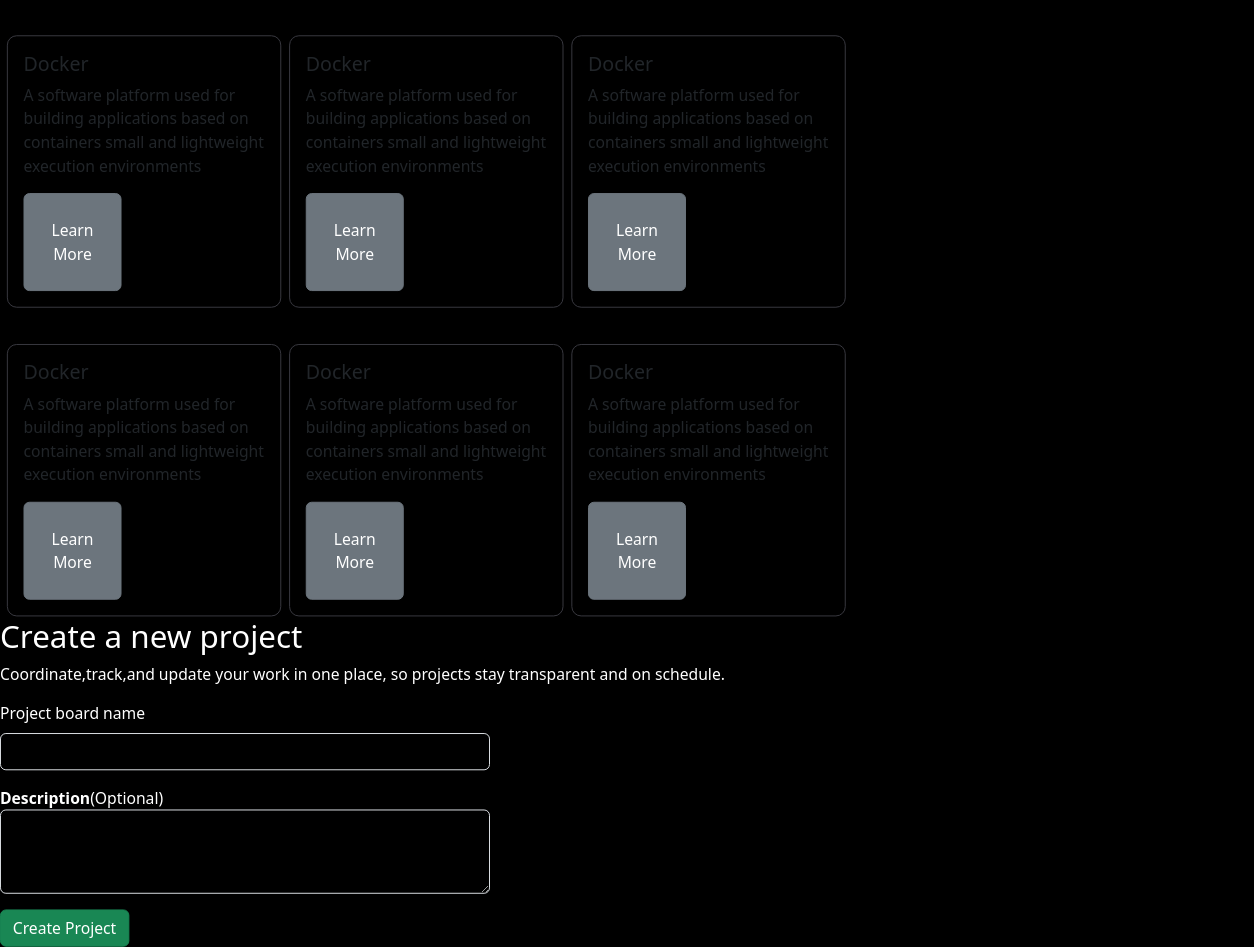
Repository: NSS-Evening-25-Cohort/e25-gitsub-control-alt-defeat
Page: index.html
The author's editor kept a copy of each file at every save. The page is drawn from the files as they stood at one save, then again after the next save.
The browser window is 1280 px wide. The pictures show the whole page, at 98% of full size.

Above is the page before, as saved 2023-11-07 19:28:17.

After the next save:
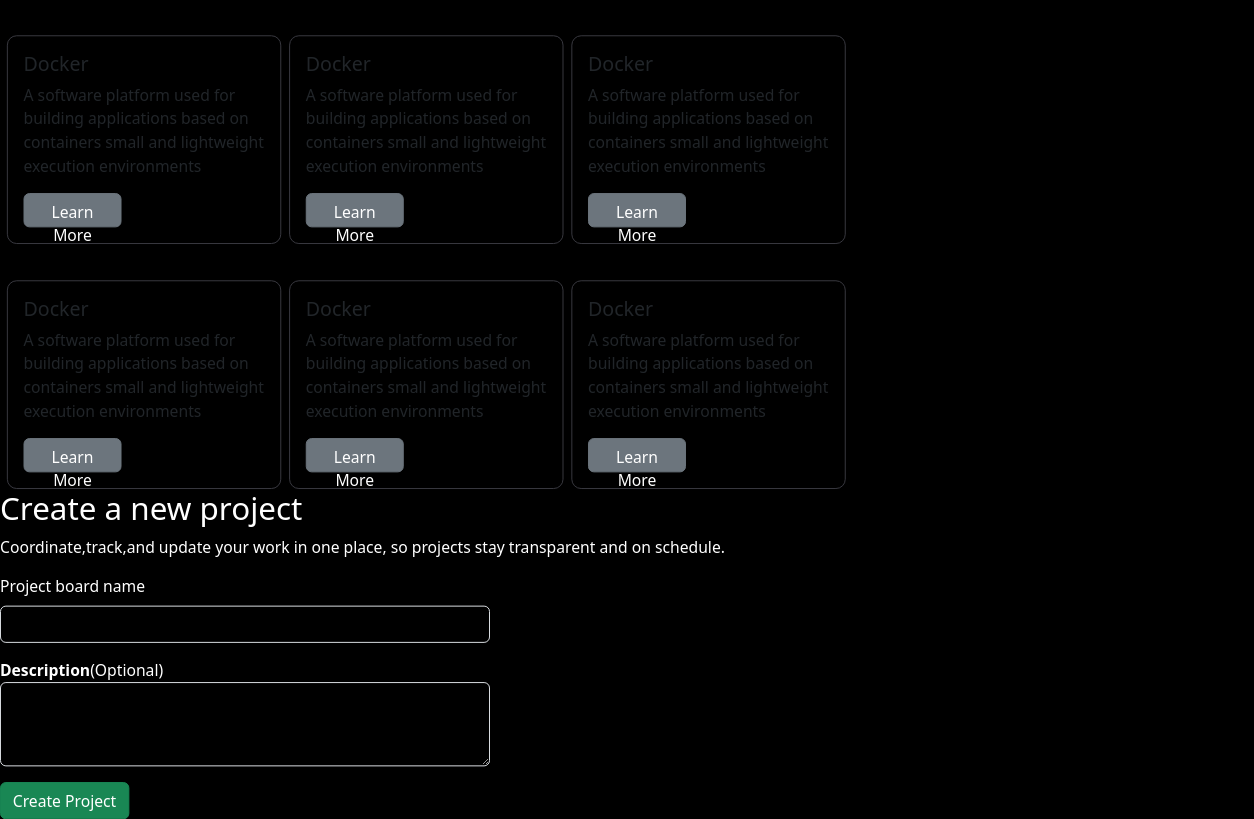
Saved 7 s later.
--- a/main.css
+++ b/main.css
@@ -35,5 +35,5 @@
 
 .btn-secondary{
   width: 100px;
-  height: 100px;
+  height: 35px;
 }
